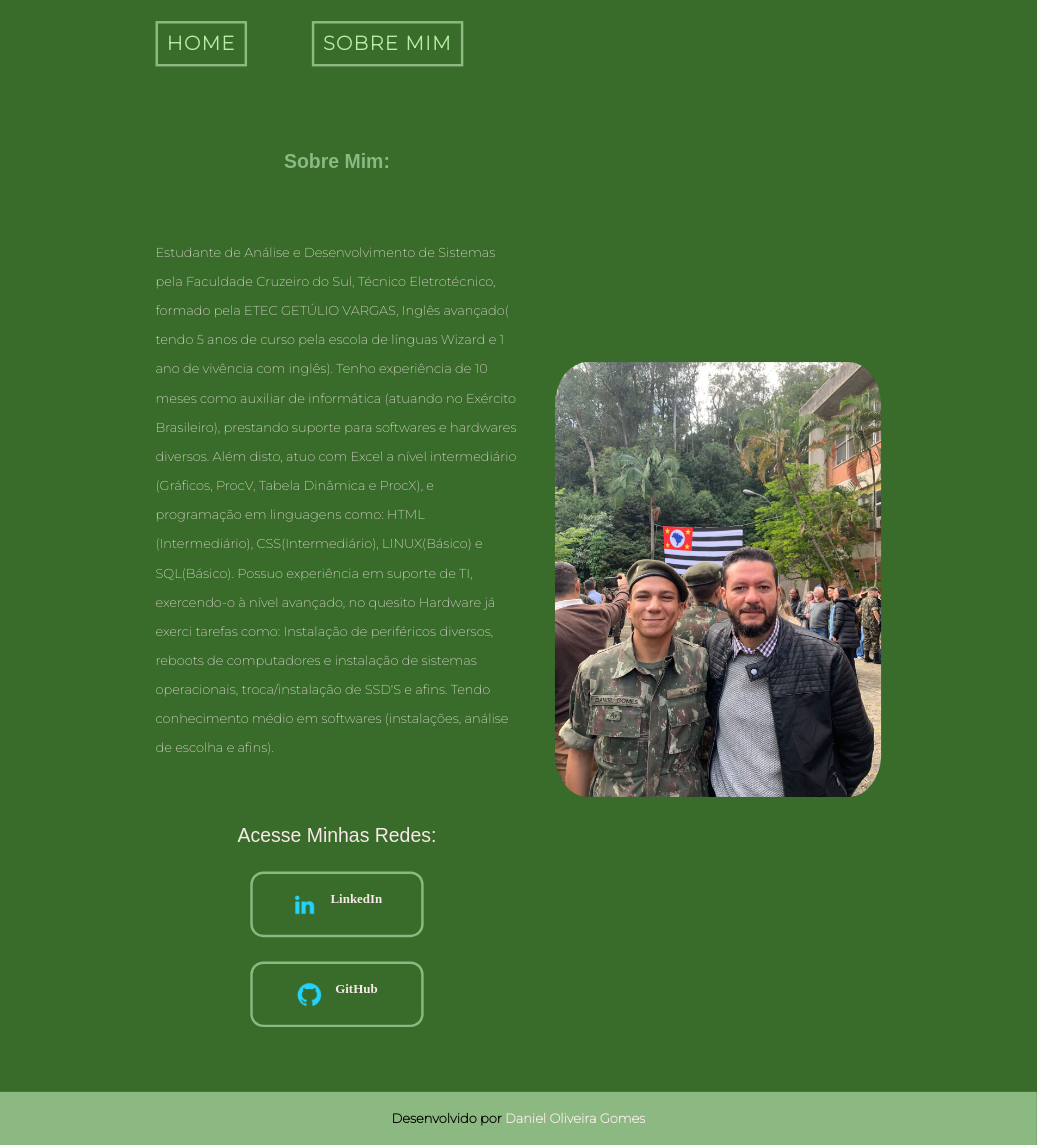
Repository: DamnDTX/Portfolio-Daniel-Oliveira-1
Page: about.html
An editor plug-in stored every save of this project. The page is shown before and after the next save, followed by the edit.
The browser window is 1280 px wide. The pictures show the whole page, at 81% of full size.
Some web fonts or font styles are not loaded; a fallback is used.

Above is the page before, as saved 2023-07-24 17:26:53.

### about.html
<!DOCTYPE html>
<html lang="pt-br">
<head>
    <meta charset="UTF-8">
    <meta name="viewport" content="width=device-width, initial-scale=1.0">
    <title>Sobre Mim</title>
    <link rel="stylesheet" href="./styles/about.css">
    <!--Há duas formas de nós conseguirmos linkar o nosso arquivos css, a primeira forma nós já sabemos, que é utilizando o elemento link, mas podemos fazer de outra forma, que é escrevendo "link:" e puxar o caminho do css, prefiro a primeira forma, já que a velocidade de ação é a mesma-->
</head>
<body>
<header>
    <header class="cabecalho">
        <nav class="cabecalho__menu">
            <a class="cabecalho__menu__link" href="index.html">Home</a>
            <a class="cabecalho__menu__link" href="about.html">Sobre Mim</a>
        </nav>
</header>
<!--Copiamos o header da outra página html, temos que ver que tem coisas que queremos que continue igual, igual
    o header e as estilizações (posicionamento e afins, quando for assim, copiamos as propriedades da mesma forma
    , alterando só quando necessário)
-->
<main class="principal">
    <section class="principal__conteudo">
        <h1 class="principal__conteudo__titulo">
   <strong>Sobre Mim:</strong>
        </h1>

        <h4 class="principal__conteudo__apresentacao">
            Estudante de Análise e Desenvolvimento de Sistemas pela Faculdade Cruzeiro do Sul, Técnico Eletrotécnico, formado pela ETEC GETÚLIO VARGAS, Inglês avançado( tendo 5 anos de curso pela escola de línguas Wizard e 1 ano de vivência com inglês). Tenho experiência de 10 meses como auxiliar de informática (atuando no Exército Brasileiro), prestando suporte para softwares e hardwares diversos. Além disto, atuo com Excel a nível intermediário (Gráficos, ProcV, Tabela Dinâmica e ProcX), e programação em linguagens como: HTML (Intermediário), CSS(Intermediário), LINUX(Básico) e SQL(Básico). Possuo experiência em suporte de TI, exercendo-o à nível avançado, no quesito Hardware já exerci tarefas como: Instalação de periféricos diversos, reboots de computadores e instalação de sistemas operacionais, troca/instalação de SSD'S e afins. Tendo conhecimento médio em softwares (instalações, análise de escolha e afins).
        </h4>
        <div class="principal__links">
            <h2 class="principal__links__subtitulo">Acesse Minhas Redes:</h2>
        <a class="principal__link__social" target="_blank" href="https://www.linkedin.com/in/daniel-oliveira-gomes-3470511b6/">
                <img src="./assets/Logo linkedin.png" alt="linkeidn_logo">
            LinkedIn
                </a>
        <a class="principal__link__social" target="_blank" href="https://github.com/DamnDTX/">
          <img src="./assets/Logo Github.png" alt="github_logo">
          GitHub
        </a>
    </section>
    <img class="daniel" alt="minha_pessoa" src="./assets/Daniel milico.jpeg">
</main>

<footer class="rodape">
    <h4>Desenvolvido por <strong class="desenvolvedor">Daniel Oliveira Gomes</strong></h4>
</footer>
</body>
</html>

### styles/about.css
@import url('https://fonts.googleapis.com/css2?family=Abril+Fatface&family=Krona+One&family=Montserrat:wght@100;200&display=swap');
@import url('https://fonts.googleapis.com/css2?family=Abril+Fatface&family=Krona+One&family=Montserrat:wght@100&display=swap');

:root{
    --cor-dos-textos:#F8E9E9;
    --fonte-textos:'Montsserrat',sans-serif;
    --fonte-titulos:'Krona One', sans-serif;
}




*{
    margin: 0;
    padding: 0;
}

body{
    background-color:  #396B2B;
    color: var(--cor-dos-textos);
    height: 100vh;
    box-sizing: border-box;
}
 /*O 100vh serve quando temos poucos elementos na página, quando o body não alcança tudo (quando há poucos
 elementos), quando não for o caso de termos poucos elementos, tiramos-o, ou melhor, não os usamos  */
strong{
    color: #8CB881;
}

.cabecalho{
padding: 2% 0 0 15%;
}

.cabecalho__menu{display: flex;
gap: 80px;}

.cabecalho__menu__link{
    font-size:  1.5rem;
    font-family: 'Montserrat', sans-serif;
    font-style: normal;
    font-weight: 600;
    line-height: normal;
    color: #B6EEA7;
    text-decoration: none;
    text-transform: uppercase;
    letter-spacing: 0.1rem;
    border-style: solid;
    border-color: #8EBA82;
    padding: 1%;
    background-color: transparent;
}

.principal{display: flex;
align-items: center;
justify-content: space-between;
padding: 5% 15%;
gap: 40px;}



.principal__conteudo{
    width: 50%;
    height: 50%;
    display: flex;
    flex-direction: column;
    gap: 40px;
       }

.principal__conteudo__titulo{
    font-family: 'Krona One', sans-serif;
    font-size: 2.25;
    text-align: center;
    margin-top: 40px;

}



.principal__conteudo__apresentacao{
    font-family: 'Montserrat', sans-serif;
    display: flex;
    flex-direction: column;
    font-size:  1,5rem;
    font-style: normal;
    font-weight: 400;
    line-height: 36px;
    color: #F8E9E9;
    margin-top: 40px;
}

.daniel{
    height: 45%;
    width: 45%;
    border-radius: 10%;
    justify-content: center;
}

 .principal__links{
        justify-content: space-between;
        flex-direction:column;
        align-items: center;
        display: flex;
        width: 50% auto;
        padding: 16px;
        justify-content: center;
        align-items: center;
        gap: 20px;

        .principal__links__social:hover{
            background-color: #3843E0;
        }
 }
    .principal__links__subtitulo{
        font-family: 'Krona One', sans-serif;
        font-weight: 400;
        margin-top: 20px;
        }


    .principal__link__social{
        background-color: transparent;
        color: #F8E9E9;
        width: 50%;
        height: 32px;
        text-align: center;
        border-radius: 16px;
        font-size:  1,5rem;
        padding: 21.5px 0;
        text-decoration: none;
        font-weight: 600;
        border-style: solid;
        display: flex;
        justify-content: center;
        gap: 16px;
        margin-top: 10px;
        border-color: #8CB881;
    }

.logo{width: 28px;
    height: 28px;
    }

.rodape{font-size:  1,5rem;
    font-family: 'Montserrat', sans-serif;
    font-style: normal;
    font-weight: 400;
    line-height: 36px;
    background-color: #8CB881;
    text-align: center;
    color: black;
    padding: 15px;
    flex-shrink: 0;
}

    .desenvolvedor{color: #F8E9E9;}

    .cabecalho__menu__link:hover{
        background-color: #8EBA82;
        color: white;
    }


    @media (max-width:800px) {
        .cabecalho {
            padding: 10%;
        }

        .cabecalho__menu{
            justify-content: center;
        }

        .principal {
            flex-direction: column-reverse;
            padding: 5% 5%;
        }

        .principal__conteudo{
            width: auto;
        }

        .daniel{
            width: 50%;
            height: 50%;
        }

    }

After the next save:
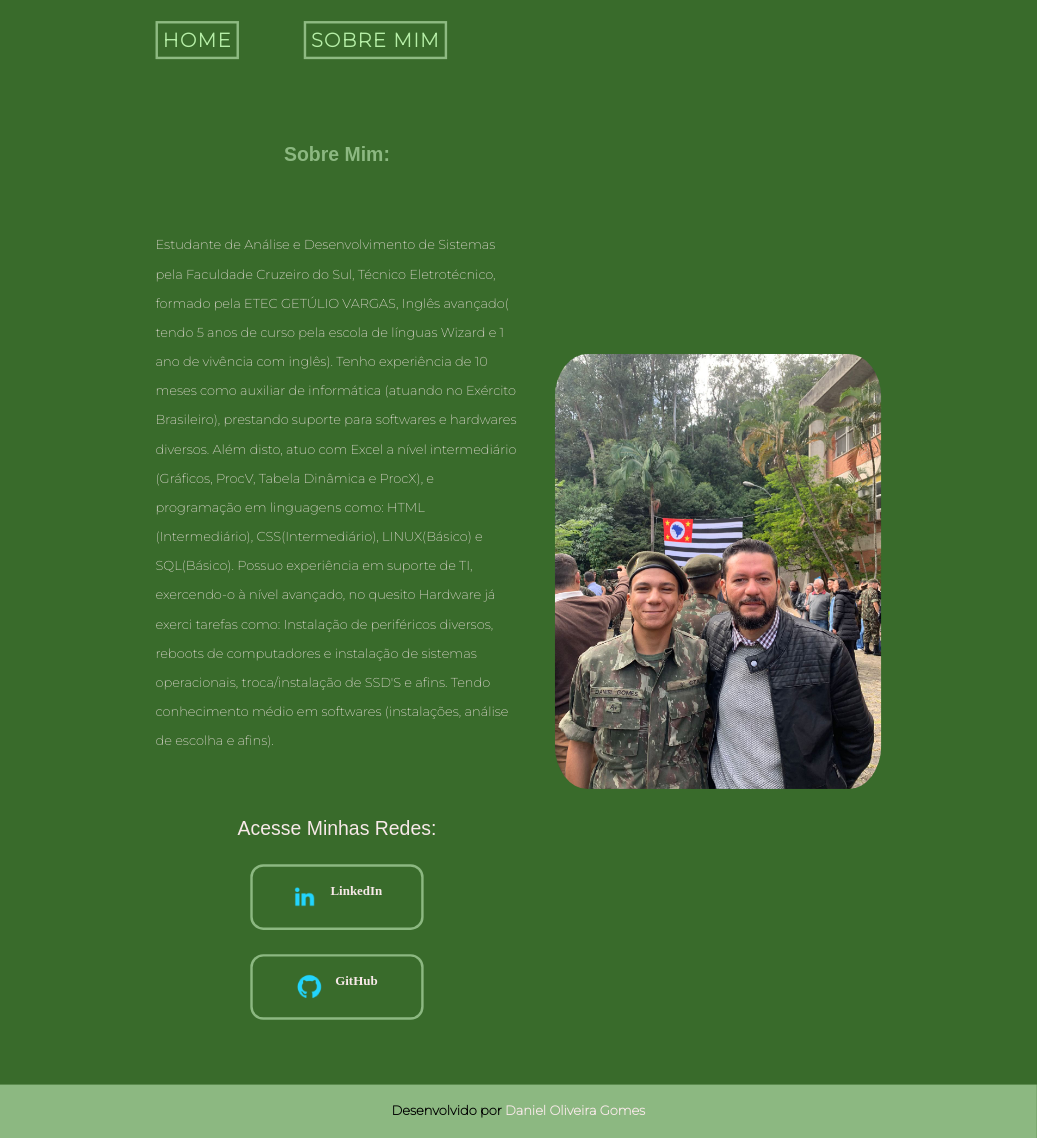
Saved 15 s later.
--- a/styles/about.css
+++ b/styles/about.css
@@ -46,7 +46,7 @@ gap: 80px;}
     letter-spacing: 0.1rem;
     border-style: solid;
     border-color: #8EBA82;
-    padding: 1%;
+    padding: 6px;
     background-color: transparent;
 }
 
